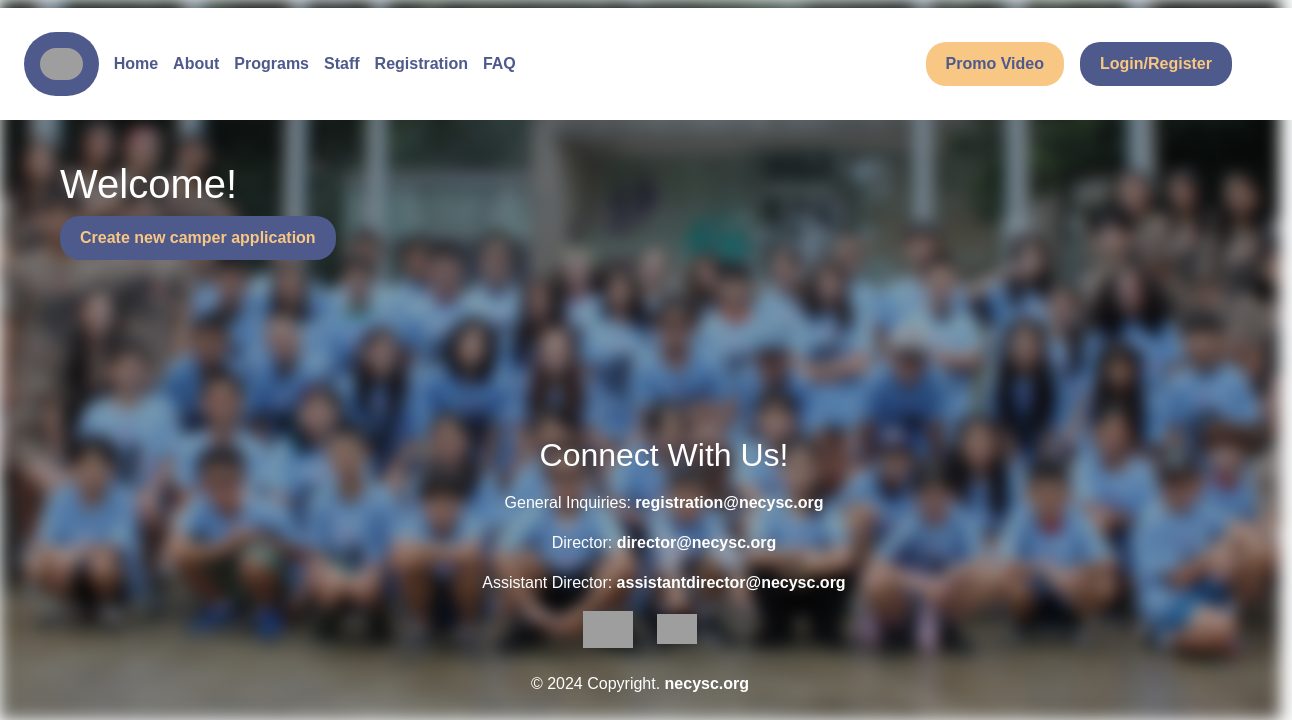
Repository: fullstackatbrown/project-necysc
Page: necysc_app/templates/necysc_app/applicant/index.html
An editor plug-in stored every save of this project. The page is shown before and after the next save, followed by the edit.
The browser window is 1280 px wide. The page is 1292 px wide, so the pictures cover 1292 px, including what lies to the right of the window. The pictures show the whole page.
Pictures or frames that could not be fetched are drawn as grey boxes. Some web fonts or font styles are not loaded; a fallback is used. The template is drawn by Django 5.2. The application's start-up code is not run. The template is opened directly, without the code that normally fills it, so the values that code supplies are empty.

Above is the page before, as saved 2024-12-04 01:52:53.

After the next save:
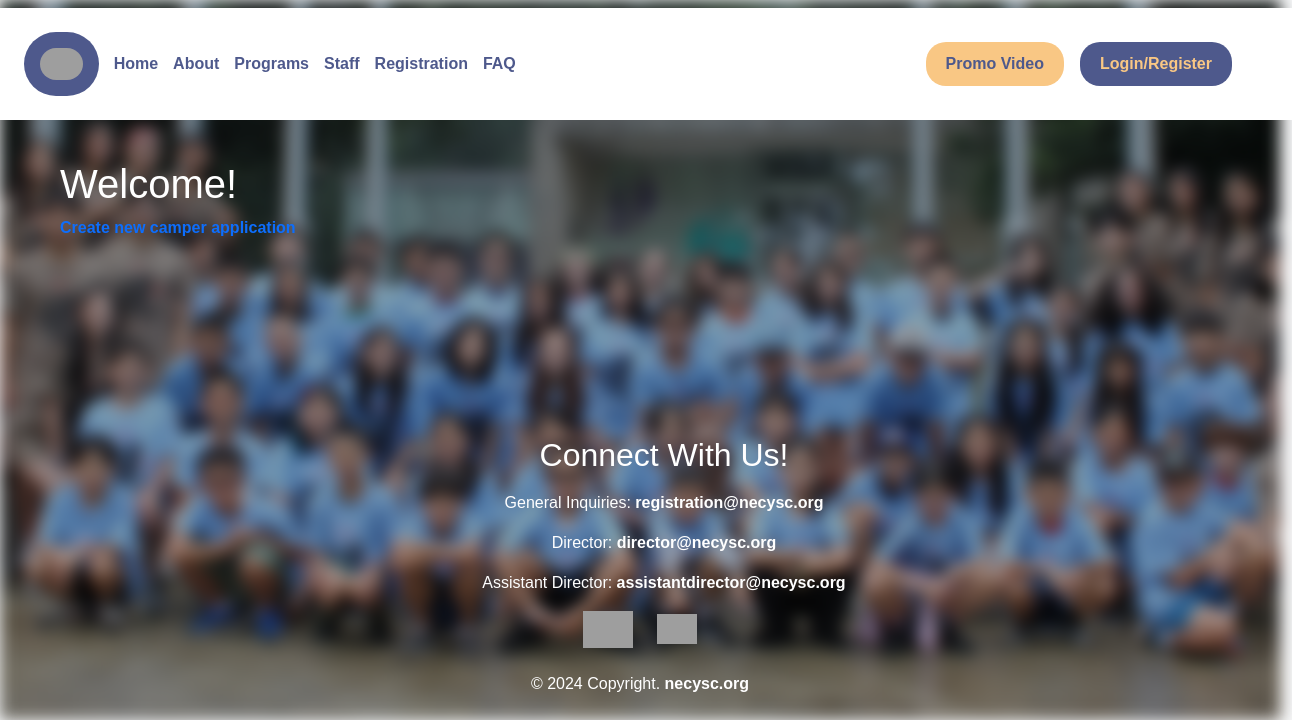
Saved 5 s later.
--- a/necysc_app/templates/necysc_app/applicant/index.html
+++ b/necysc_app/templates/necysc_app/applicant/index.html
@@ -84,7 +84,7 @@
 {% endif %}
 
 
-<a class="btn-purple"
+<a class="white"
         href="{% url 'necysc_app:new_application' %}">Create new camper application</a>
 </div>
 

After the save that followed:
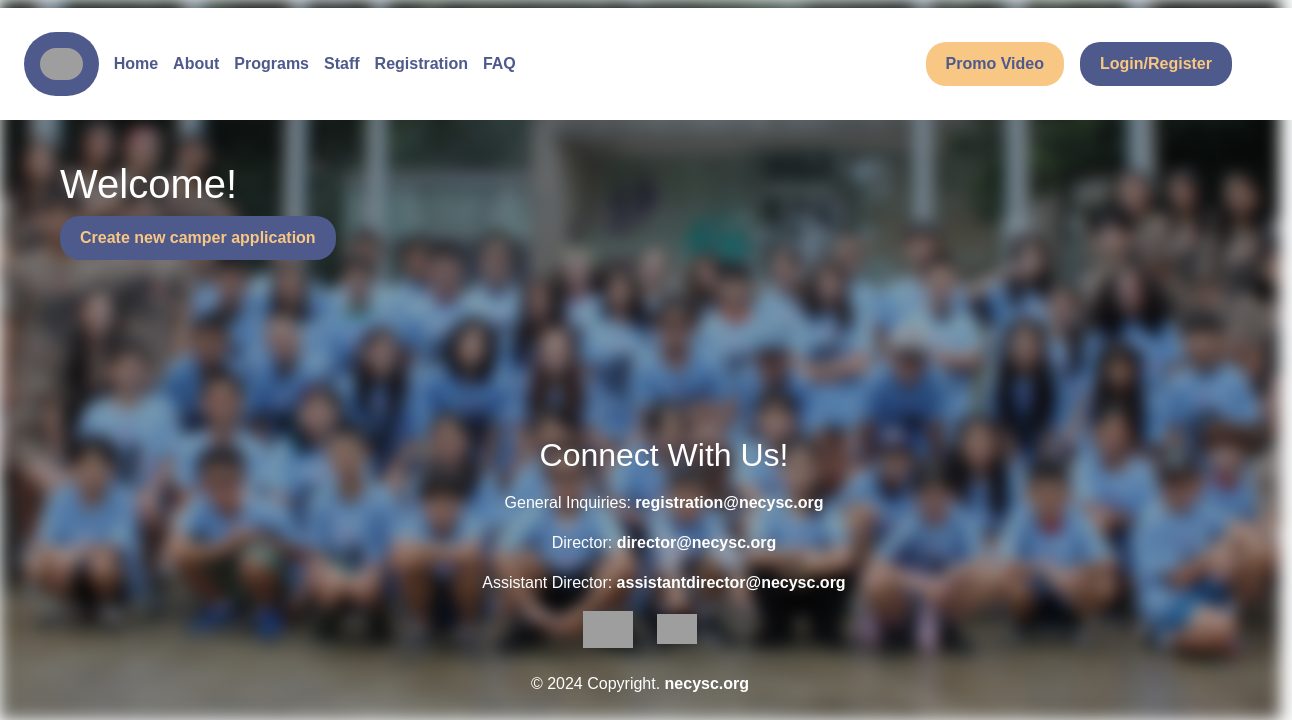
Saved 4 s later.
--- a/necysc_app/templates/necysc_app/applicant/index.html
+++ b/necysc_app/templates/necysc_app/applicant/index.html
@@ -84,7 +84,7 @@
 {% endif %}
 
 
-<a class="white"
+<a class="btn-purple"
         href="{% url 'necysc_app:new_application' %}">Create new camper application</a>
 </div>
 
